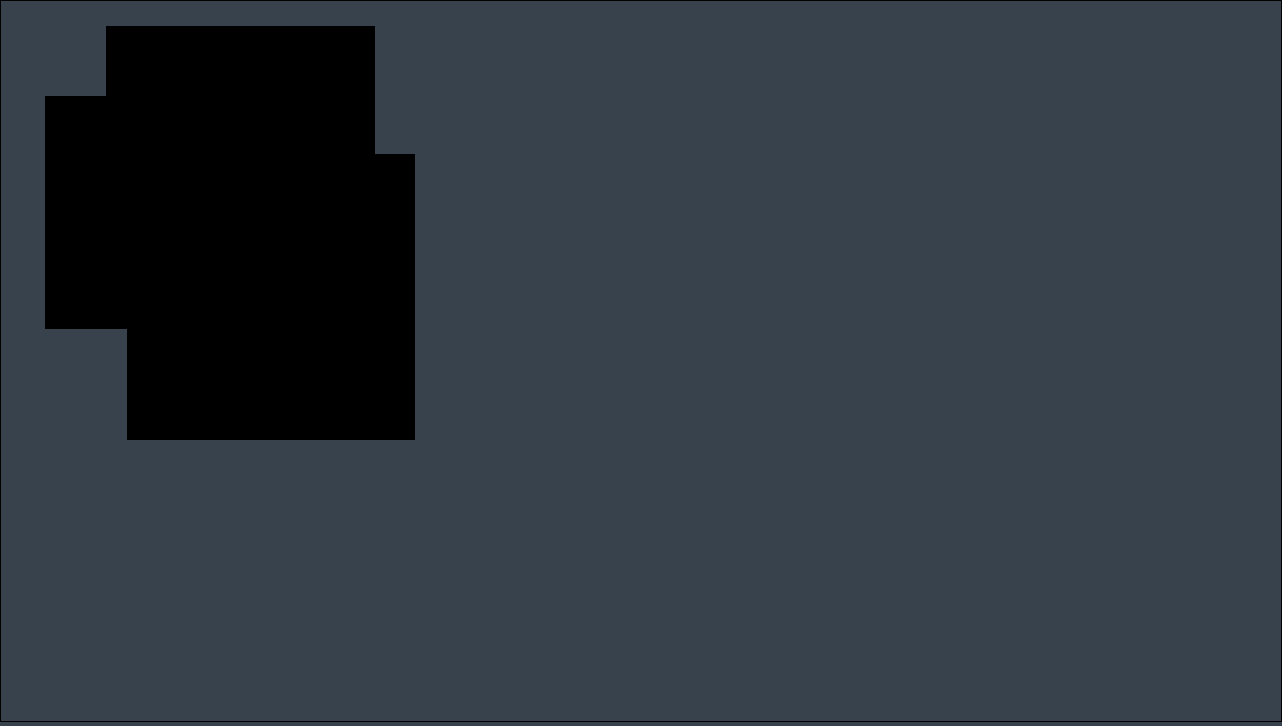
Repository: randy918/chris-canvas-52323
Page: index.html
The author's editor kept a copy of each file at every save. The page is drawn from the files as they stood at one save, then again after the next save.
The browser window is 1280 px wide. The page is 1282 px wide, so the pictures cover 1282 px, including what lies to the right of the window. The pictures show the whole page.
The style sheet was rebuilt from its Sass, Less or Tailwind sources for each picture, by a compiler version that may differ from the author's.

Above is the page before, as saved 2023-05-24 13:22:04.

### index.html
<!DOCTYPE html>
<html lang="en">
	<head>
		<meta charset="UTF-8" />
		<meta http-equiv="X-UA-Compatible" content="IE=edge" />
		<meta
			name="viewport"
			content="width=device-width, initial-scale=1.0"
		/>
		<link
			rel="stylesheet"
			href="css/main.css"
			<script
			src="https://ajax.googleapis.com/ajax/libs/jquery/3.6.3/jquery.min.js"
			defer
		/>

		<title>Canvas Resize</title>
	</head>

	<body>
		<canvas></canvas>

		<script src="js/myfunctions.js"></script>
		<script src="js/index.js"></script>
	</body>
</html>

<!-- ca1f26ba6eb2ba4fb641257b39d3bea7 -->

### js/myfunctions.js
//todo   function r(min, max)  Random integers, can be just 'max'
//todo   function getTime()--works! it is 72519.1414 format
//todo   function getCompleteDate()
//todo   function getMinute()
//todo   function getHour()
//todo   function getHour00()
//todo   function get24Hour()
//todo   function get24Hour00()
//todo   function getDay()
//todo   function getDay00()
//todo   function getMonth()
//todo   function getMonth00()
//todo   function getYear()
//todo   function getYear00()
//todo   function t()    eternal timestamp long number
//todo   function placeText(myIdClass, text)   unsure if it works?
//todo   function placeText2(myIdClass, text)   unsure if it works?
//todo   function getText(myIdClass)....brings whole line incl. tags
//todo   function getInnerText(myIdClass)
//todo   function getOuterText(myIdClass)
//todo   function addClass(myIdClass, newClass)
//todo   function removeClass(myIdClass, removeClass)
//todo   function changeBackgroundColor(myIdClass, color)
//todo   function changeTypeColor(myIdClass, color)
//todo   function changeTypeSize(myIdClass, size)
//todo   function addCSSText(myIdClass, text)



function r(min, max) {
  // 2.0, accepts single value for 1-x
  if (max === undefined) {
    max = min;
    min = 1;
  }
  const randomNumber = min - 1 + Math.ceil(Math.random() * (max + 1 - min));
  return randomNumber;
}
// may not be a real function
function getTime() {
  var today = new Date();
  var codeMonth = today.getMonth() + 1;
  var codeDay = today.getDate();
  if (codeDay < 10) {
    codeDay = "0" + codeDay;
  }
  var codeMinute = today.getMinutes();
  var codeHour = today.getHours();
  if (codeMinute < 10) {
    codeMinute = "0" + codeMinute;
  }
  if (codeHour < 10) {
    codeHour = "0" + codeHour;
  }
  var codeYear = today.getFullYear() - 2000;
  var dateTime =
    codeMonth + "" + codeDay + "" + codeYear + "." + codeHour + "" + codeMinute;
  // document.getElementById(`timeStamp`).innerHTML = dateTime;
  t = setTimeout(function () {
    getTime();
  }, 30000);
  return dateTime;
}

function getCompleteDate() {
  const today = new Date();
  return today;
}

function getMinute() {
  const today = new Date();
  const codeMinute = today.getMinutes();
  if (codeMinute < 10) {
    codeMinute = "0" + codeMinute;
  }
  return codeMinute;
}

function getMinute00() {
  const today = new Date();
  let codeMinute = today.getMinutes();
  if (codeMinute < 10) {
    codeMinute = "0" + codeMinute;
  }
  return codeMinute;
}

function getHour() {
  const today = new Date();
  let codeHour = today.getHours();
  if (codeHour > 12) {
    codeHour = codeHour - 12;
  }
  return codeHour;
}

function getAmPm() {
  let amPm = "am";
  const today = new Date();
  let codeHour = today.getHours();
  if (codeHour > 12) {
    amPm = "pm";
  }
  return amPm;
}

function getHour00() {
  const today = new Date();
  const codeHour = today.getHours();
  if (codeHour > 12) {
    codeHour = codeHour - 12;
  }
  if (codeHour < 10) {
    codeHour = "0" + codeHour;
  }
  return codeHour;
}

function get24Hour() {
  const today = new Date();
  const codeHour = today.getHours();
  return codeHour;
}

function get24Hour00() {
  const today = new Date();
  const codeHour = today.getHours();
  if (codeHour < 10) {
    codeHour = "0" + codeHour;
  }
  return codeHour;
}

function getDayVerbal() {
  const today = new Date();
  const codeDay = today.getDay() + 1;
  return theDay[codeDay];
}

function getDay00() {
  const today = new Date();
  const codeDay = today.getDate();
  if (codeDay < 10) {
    codeDay = "0" + codeDay;
  }
  return codeDay;
}

function getDay() {
  const today = new Date();
  const codeDay = today.getDate();
  return codeDay;
}

function getMonthVerbal() {
  const today = new Date();
  const codeMonth = today.getMonth() + 1;
  return theMonth[codeMonth];
}

function getMonth00() {
  const today = new Date();
  const codeMonth = today.getMonth() + 1;
  if (codeMonth < 10) {
    codeMonth = "0" + codeMonth;
  }
  return codeMonth;
}

function getMonth() {
  const today = new Date();
  const codeMonth = today.getMonth() + 1;
  return codeMonth;
}

function getYear00() {
  const today = new Date();
  const codeYear = today.getYear() - 100;
  if (codeYear < 10) {
    codeMYear = "0" + codeYear;
  }
  return codeYear;
}

function getYear() {
  const today = new Date();
  const codeYear = today.getYear() + 1900;
  return codeYear;
}

function t() {
  const now = new Date();
  eventTimestamp = now.getTime();
  // c(eventTimestamp);
  return eventTimestamp;
}
//    !  72419.1659 DOM MANIPULATION
//!
//!  placeText   element name, and text to put there--runs loosely?

function placeText(myIdClass, text) {
  const myElement = document.querySelector(myIdClass);
  myElement.innerText = text;
}
//    the function is longer than the original
// $(myIdClass).text(text)   <---works
function placeText2(myIdClass, text) {
  $(myIdClass).text(text);
}
function getText(myIdClass) {
  return document.querySelector(myIdClass);
}

function getInnerText(myIdClass) {
  return document.querySelector(myIdClass).innerHTML;
}

function getOuterText(myIdClass) {
  return document.querySelector(myIdClass).outerHTML;
}

function addClass(myIdClass, newClass) {
  document.querySelector(myIdClass).classList.add(newClass);
}

function removeClass(myIdClass, removeClass) {
  document.querySelector(myIdClass).classList.remove(removeClass);
}
// not sure what this one is for now
function containsClass(myIdClass, containsClass) {
  document.querySelector(myIdClass).classList.contains(containsClass);
}
// above, can switch and toggle  also  mmtuts YOUTUBE 29-31 USING JAVASCRIPT
function changeBackgroundColor(myId, color) {
  document.getElementById(myId).style.background = color;

  // document.querySelector(myIdClass).style.backgroundColor = color;
}

function changeTypeColor(myIdClass, color) {
  document.querySelector(myIdClass).style.color = color;
}

function changeTypeSize(myIdClass, size) {
  document.querySelector(myIdClass).style.fontSize = size;
}

function addCSSText(myIdClass, text) {
  document.querySelector(myIdClass).style.cssText = text;
}

//!  72519.1714    Common Basic VARIABLE ARRAYS
var theDay = new Array(
  "Zero",
  "Sunday",
  "Monday",
  "Tuesday",
  "Wednesday",
  "Thursday",
  "Friday",
  "Saturday"
);
var theDayMin3 = new Array(
  "Zero",
  "Sun.",
  "Mon.",
  "Tues.",
  "Wed.",
  "Thurs.",
  "Fri.",
  "Sat."
);
var theDayMin2 = new Array("Zero", "S", "M", "Tu", "W", "Th", "F", "S");
var theDayMin1 = new Array("Zero", "S", "M", "T", "W", "T", "F", "S");
var theMonth = new Array(
  "Zero",
  "January",
  "February",
  "March",
  "April",
  "May",
  "June",
  "July",
  "August",
  "September",
  "October",
  "November",
  "December"
);
var theMonthMin = new Array(
  "Zero",
  "Jan.",
  "Feb.",
  "Mar.",
  "Apr.",
  "May",
  "June",
  "July",
  "Aug.",
  "Sept.",
  "Oct.",
  "Nov.",
  "Dec."
);

function showDateTimeFormat() {
  const today = new Date();
  const formattedDate = new Intl.DateTimeFormat("en-US").format(today);
  const consoleFunctioningMessage = `
Console functioning: ${getDayVerbal()}, ${getMonthVerbal()} ${getDay()} at ${getHour()}:${getMinute00()}${getAmPm()}
  `;
  return consoleFunctioningMessage;
}
showDateTimeFormat();

console.log(`%c${showDateTimeFormat()}`, "font-size: 20px; color: gray");

//console.log("%cThis is a default font style", "color: blue; font-size: 20px");

### js/index.js
//!  121822.0826        FUNCTIONS

const init = function () {
	main();
};

window.onload = function () {
	init();
};

//!  123122.1839        MAIN

const main = function () {
	//!  10123.1609  variables

	const canvas = document.querySelector("canvas");
	canvas.width = window.innerWidth;
    canvas.height = window.innerHeight;

    const c = canvas.getContext('2d');
    console.log(canvas);

	//!  10123.1609 functions

	//!  10123.161 0  main body

	//!  123122.1839  END
    c.fillRect(200, 200, 44, 233);
    c.fillRect(r(200), r(200), r(300), r(300));
    c.fillRect(r(200), r(200), r(300), r(300));
    c.fillRect(r(200), r(200), r(300), r(300));


};

### css/main.scss
$colors: (
    bg: rgba(55, 66, 76, 1),
    theGreen: rgba(0, 173, 43, 1),
    theRed: rgba(194, 47, 51, 1),
    theOrange: rgba(255, 103, 0, 1),
    theRodeoPink: #f1a1a4,
    theRodeoBlue: #7f86b0,
    theYellow: rgb(221, 172, 94),
    theGray: rgb(78, 92, 107),
    theBackground: rgba(241, 227, 214, 1),
    theDarkGray: rgba(43, 50, 56, 1),
    theBrown: rgba(101, 42, 36, 1),
    bitByBitRed: rgba(240, 44, 80, 1),
    bitByBitBlue: rgba(0, 79, 136, 1),
    bitByBitBlonde: rgba(241, 227, 214, 1),
    bbb2-TranquilSea: rgba(188, 199, 203, 1),
    bbb2-RedMyMind: rgba(143, 57, 56, 1),
    bbb2-SnowyPine: rgba(226, 223, 216, 1),
    bbb2-Basswood: rgba(188, 166, 142, 1),
    bbb2-CompassBlue: rgba(51, 66, 87, 1),
);

@function getColor($color-name) {
    @return map-get($colors, $color-name);
}

* {
    box-sizing: border-box;
    border: none;
}

body {
    color: getColor(bbb2-TranquilSea);
    background: getColor(bg);
    margin: 0;
}

h1 {
}

#inputValue {
    width: 40vw;
    font-size: 2vw;
    outline: none;
}

#search {
    color: beige;
    background-color: getColor(theDarkGray);
    outline: none;
    font-size: 2vw;
}

canvas {
    border: 1px solid black;
}

After the next save:
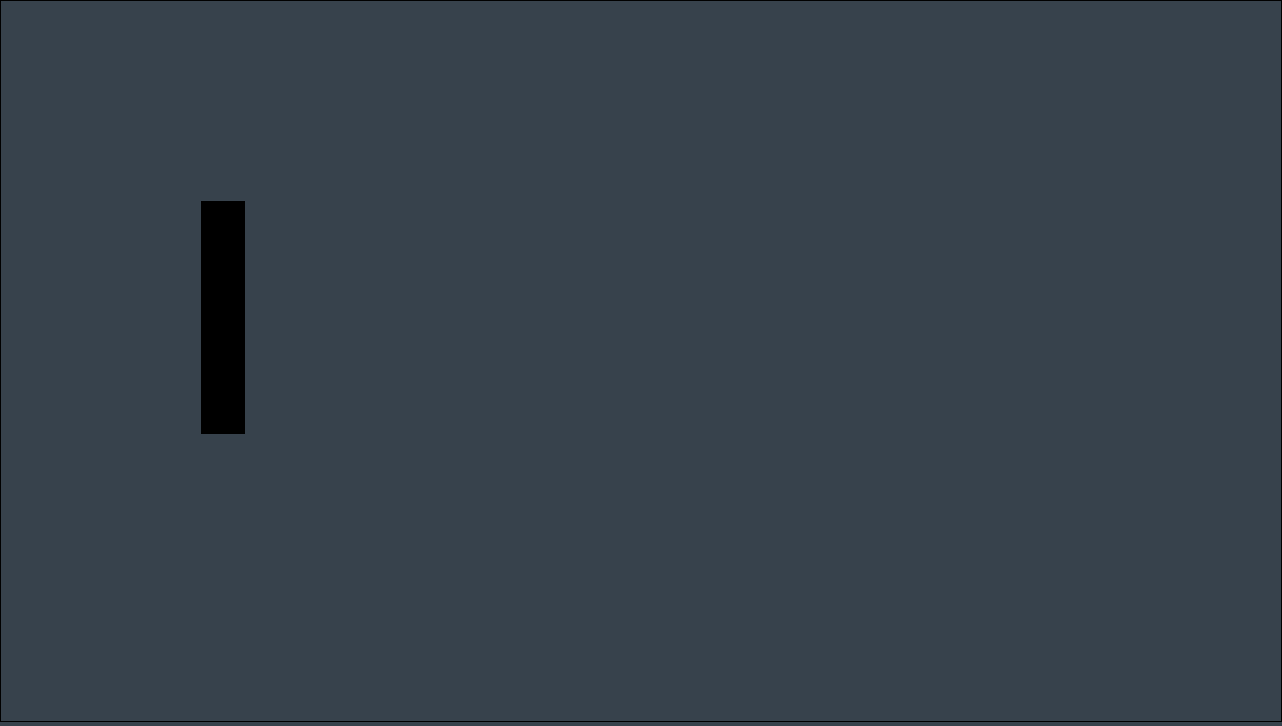
Saved 17 s later.
--- a/js/index.js
+++ b/js/index.js
@@ -26,9 +26,6 @@ const main = function () {
 
 	//!  123122.1839  END
     c.fillRect(200, 200, 44, 233);
-    c.fillRect(r(200), r(200), r(300), r(300));
-    c.fillRect(r(200), r(200), r(300), r(300));
-    c.fillRect(r(200), r(200), r(300), r(300));
 
 
 };
